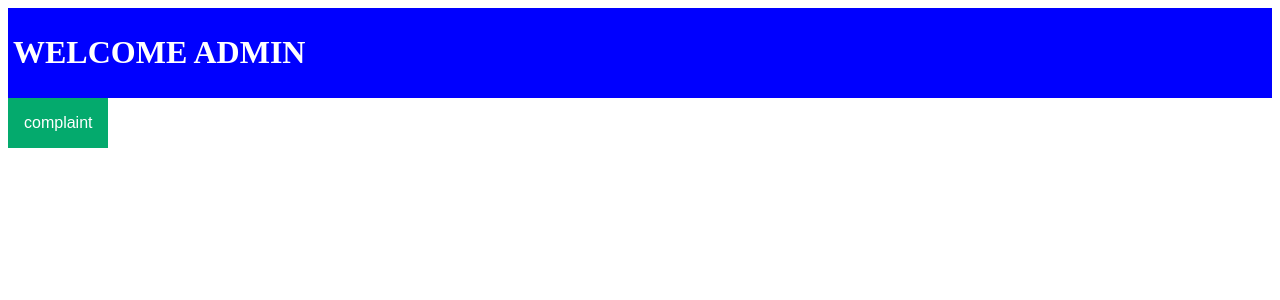
Repository: Jobinte/KSEB-PROJECT
Page: KSEB-complaint-management/WebContent/admin.html
These files come from the project's save history. The page is drawn as it stood at one moment and after the next save; the edit follows.
The browser window is 1280 px wide. The pictures show the whole page.

Above is the page before, as saved 2023-11-21 09:44:01.

### KSEB-complaint-management/WebContent/admin.html
<!DOCTYPE html>
<html>
<head>
<meta charset="ISO-8859-1">
<title>admin</title>
<link href="css/admin.css" rel="stylesheet" type="text/css" />
</head>
<body>
 <div class="header">
        <h1>WELCOME ADMIN</h1>
    </div>
<div class="dropdown">
  <button class="dropbtn">complaint</button>
  <div class="dropdown-content">
    <a href="#"> Register complaint </a>
    <a href="#"> editcomplaint </a>
    <a href="#"> complaint status</a>
  </div>
</div>



</body>
</html>

### KSEB-complaint-management/WebContent/css/admin.css
 .header {
            background-color:blue;
            color: white;
            text-align: left;
            padding: 5px;
        }

.dropbtn {
	background-color: #04AA6D;
	color: white;
	padding: 16px;
	font-size: 16px;
	border: none;
}

.dropdown {
	position: relative;
	display: inline-block;
}

.dropdown-content {
	display: none;
	position: absolute;
	background-color: #f1f1f1;
	min-width: 160px;
	box-shadow: 0px 8px 16px 0px rgba(0, 0, 0, 0.2);
	z-index: 1;
}

.dropdown-content a {
	color: black;
	padding: 12px 16px;
	text-decoration: none;
	display: block;
}

.dropdown-content a:hover {
	background-color: #ddd;
}

.dropdown:hover .dropdown-content {
	display: block;
}

.dropdown:hover .dropbtn {
	background-color: #3e8e41;
}

After the next save:
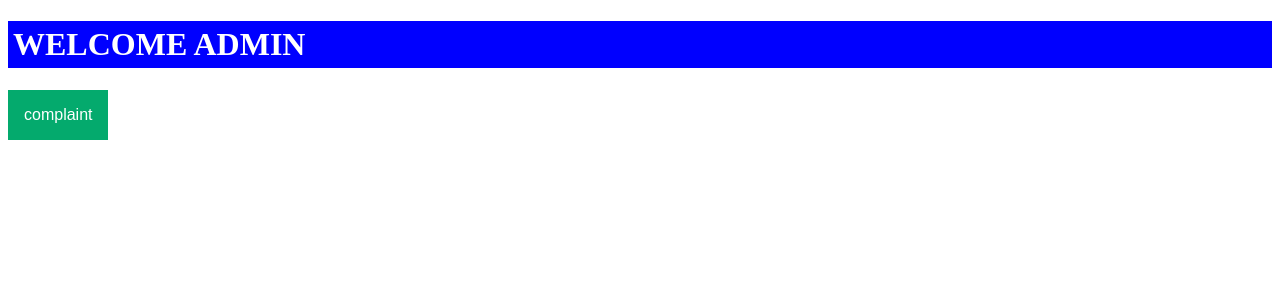
Saved 4 min 49 s later.
--- a/KSEB-complaint-management/WebContent/css/admin.css
+++ b/KSEB-complaint-management/WebContent/css/admin.css
@@ -1,9 +1,10 @@
- .header {
+ h1 {
             background-color:blue;
             color: white;
             text-align: left;
             padding: 5px;
         }
+
 
 .dropbtn {
 	background-color: #04AA6D;
